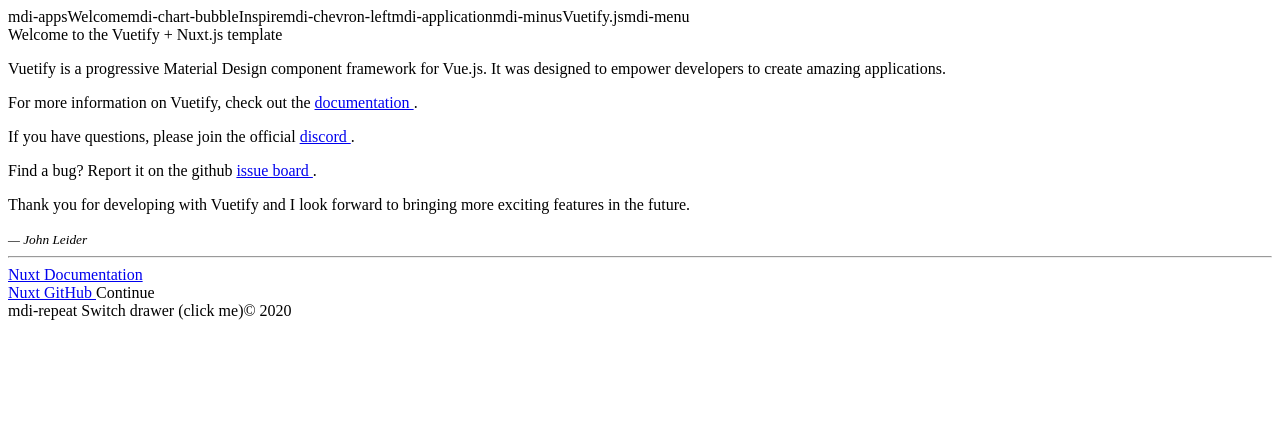
Repository: Natanhel/WhatZapp
Page: /
An editor plug-in stored every save of this project. The page is shown before and after the next save, followed by the edit.
The browser window is 1280 px wide. The pictures show the whole page.
The project was rebuilt for these pictures with package versions that can differ from the ones it lists, and the page was loaded fresh each time. The framework's server and built-in components were replaced by stand-ins that run in the browser. Also part of the build but not shown: layouts/error.vue.

Above is the page before, as saved 2020-04-01 15:03:17.

After the next save:
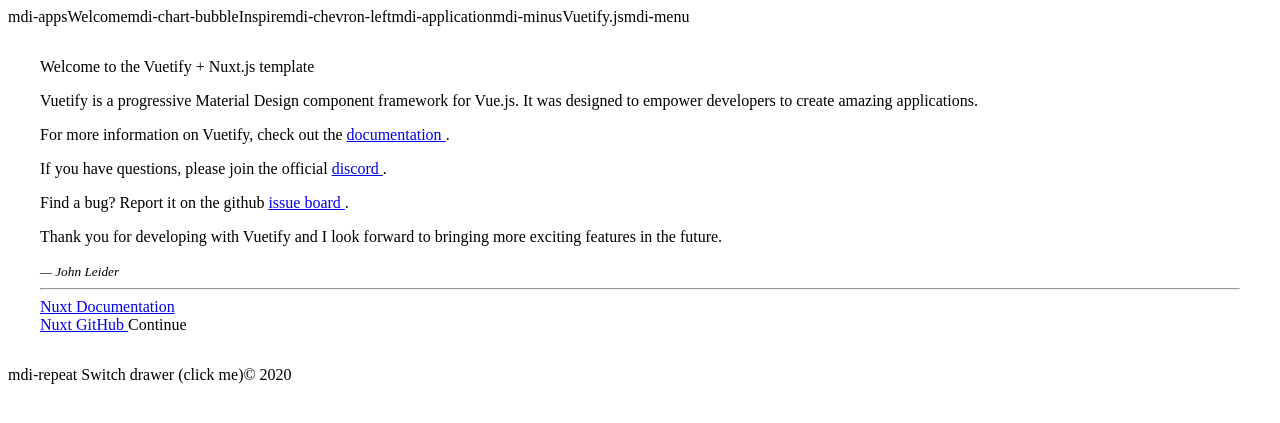
Saved 26 s later.
--- a/pages/index.vue
+++ b/pages/index.vue
@@ -1,5 +1,5 @@
 <template>
-  <div id="index">
+  <div id="indexMain">
     <v-layout
       column
       justify-center
@@ -82,3 +82,9 @@
   components: {}
 }
 </script>
+
+<style scoped>
+#indexMain {
+  padding: 2em;
+}
+</style>
